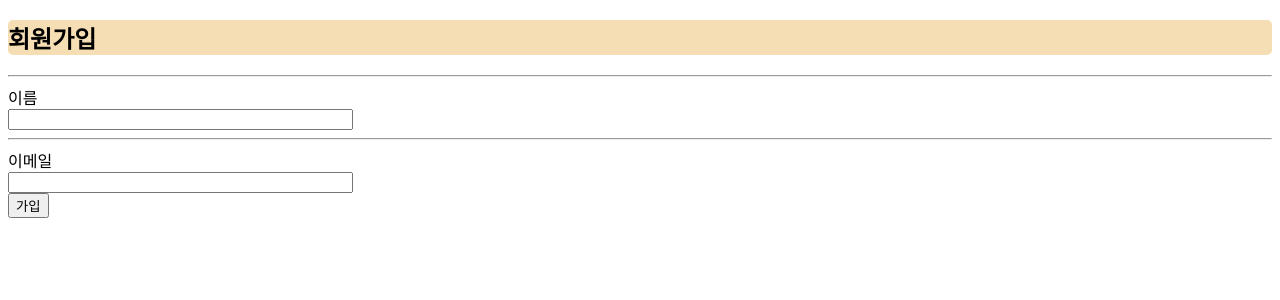
Repository: Hiron-Musk/JSP_ex
Page: jwbook/src/main/webapp/ch03/reform.html
These files come from the project's save history. The page is drawn as it stood at one moment and after the next save; the edit follows.
The browser window is 1280 px wide. The pictures show the whole page.

Above is the page before, as saved 2024-03-08 05:27:30.

### jwbook/src/main/webapp/ch03/reform.html
<!DOCTYPE html>
<html>
	<head>
		<meta charset="UTF-8">
		<title>회원가입 폼 만들기 예제</title>
		<style>
			h2{
				border-radius: 5px;
				background-color: wheat;
			}

		</style>
	</head>
	<body>
		<h2>회원가입</h2>
		<hr>
		<div id="reform">
			<form name="form1">
				<label>이름</label><br>
				<input type="text" name="name" size="40"><br>
				<hr>
				<label>이메일</label><br>
				<input type="email" name="email" size="40"><br>
				<button type="button" onclick="signUp()">가입</button>
			</form>
		</div>
	</body>
</html>

After the next save:
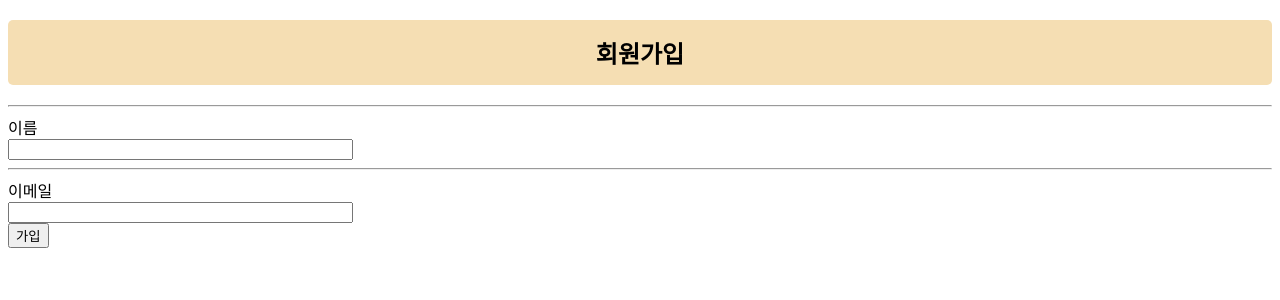
Saved 17 s later.
--- a/jwbook/src/main/webapp/ch03/reform.html
+++ b/jwbook/src/main/webapp/ch03/reform.html
@@ -7,6 +7,8 @@
 			h2{
 				border-radius: 5px;
 				background-color: wheat;
+				text-align: center;
+				padding:15px 0;
 			}
 
 		</style>
